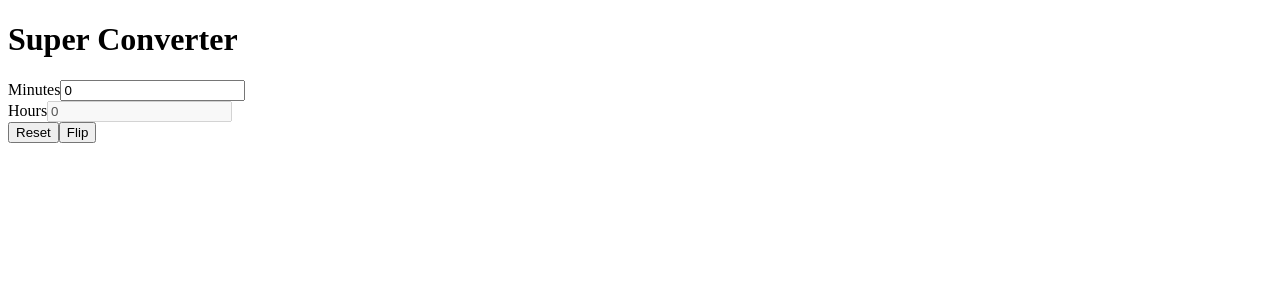
Repository: Leeminsu67/react-principle-study
Page: converter.html
The author's editor kept a copy of each file at every save. The page is drawn from the files as they stood at one save, then again after the next save.
The browser window is 1280 px wide. The pictures show the whole page.

Above is the page before, as saved 2024-08-01 00:02:00.

After the next save:
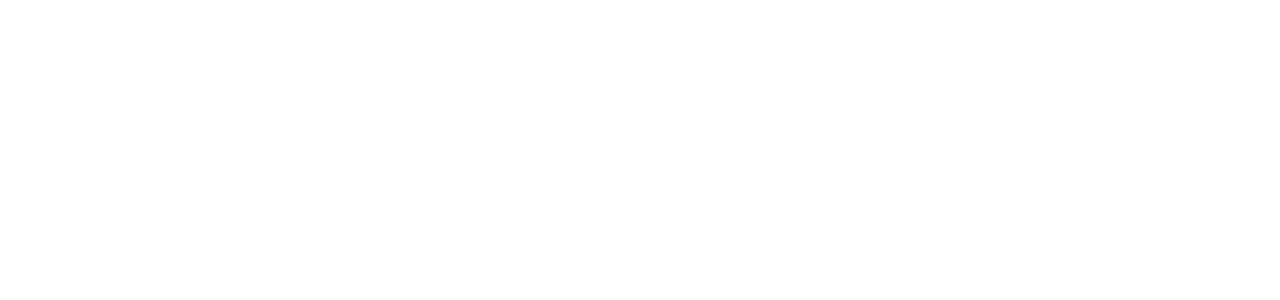
Console error: ReferenceError: minutes is not defined
Saved 33 s later.
--- a/converter.html
+++ b/converter.html
@@ -8,7 +8,7 @@
   <script src="https://unpkg.com/@babel/standalone/babel.min.js"></script>
   <script type="text/babel">
     const App = () => {
-      const [minutes, setMinutes] = React.useState(0);
+      const [amount, setAmount] = React.useState(0);
       const [flipped, setFlipped] = React.useState(false);
       const onChange = (event) => {
         // console.log(event.target.value);

After the 2 saves that followed:
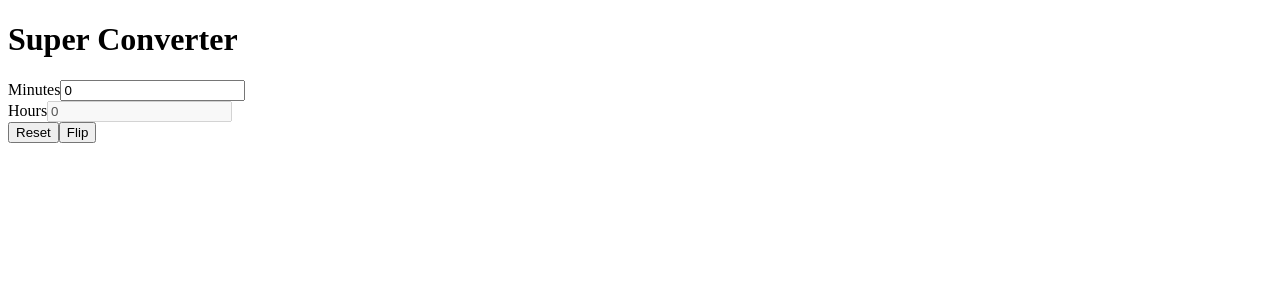
The error is gone.
The 2 saves are shown as one change because 1 left the picture as it was.
The last was saved 27 s later.
--- a/converter.html
+++ b/converter.html
@@ -12,9 +12,9 @@
       const [flipped, setFlipped] = React.useState(false);
       const onChange = (event) => {
         // console.log(event.target.value);
-        setMinutes(event.target.value);
+        setAmount(event.target.value);
       };
-      const reset = () => setMinutes(0);
+      const reset = () => setAmount(0);
       // filp function
       // const onFlip = () => setFlipped(!flipped);
       const onFlip = () => setFlipped((current) => !current);
@@ -24,7 +24,7 @@
           <div>
             <label htmlFor="minutes">Minutes</label>
             <input
-              value={minutes}
+              value={amount}
               id="minutes"
               type="number"
               placeholder="Minutes"
@@ -35,7 +35,7 @@
           <div>
             <label htmlFor="hours">Hours</label>
             <input
-              value={flipped ? minutes : Math.round(minutes / 60)}
+              value={flipped ? amount : Math.round(amount / 60)}
               id="hours"
               type="number"
               placeholder="Hours"
